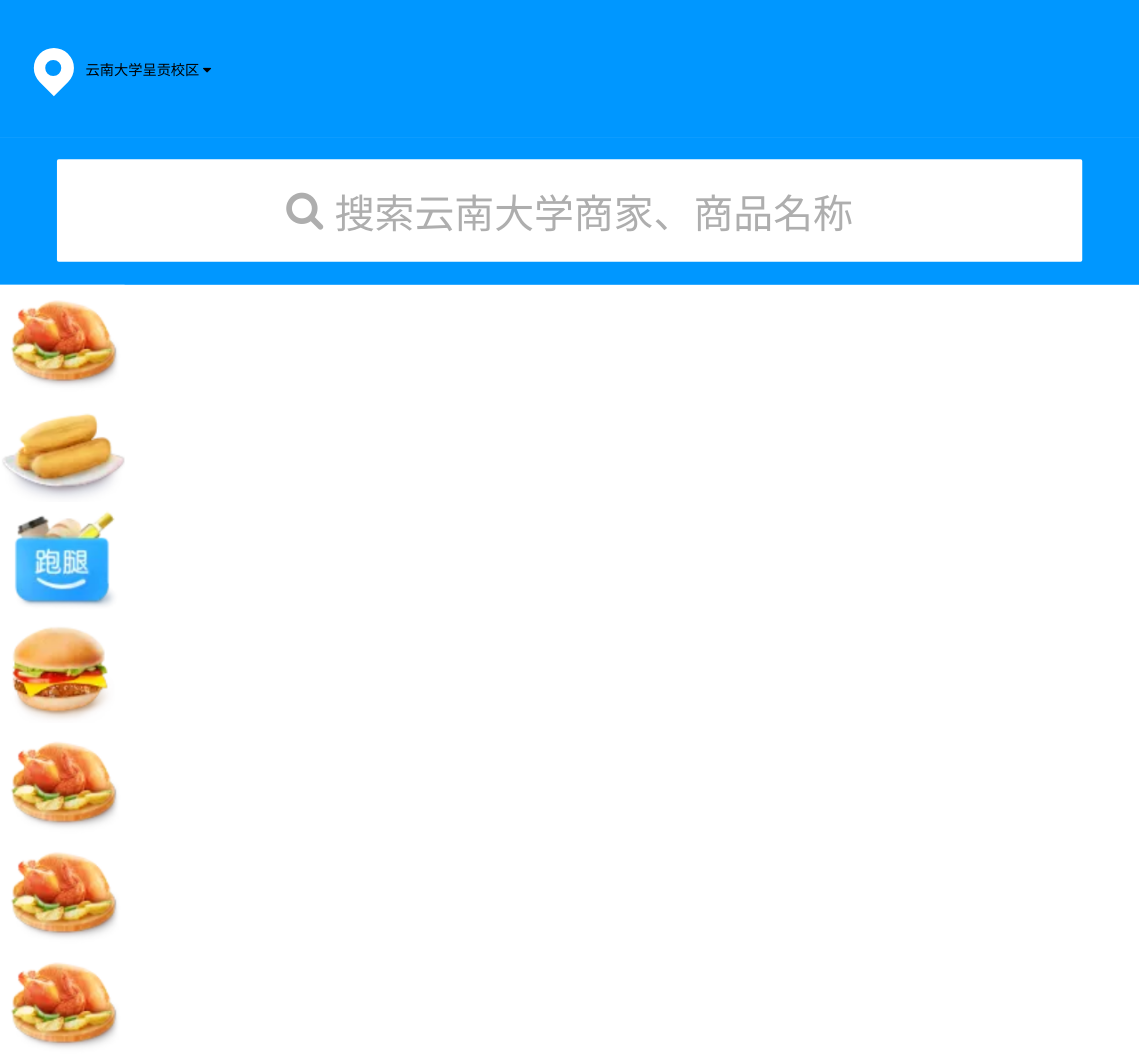
Repository: F000top/ele
Page: index.html
These files come from the project's save history. The page is drawn as it stood at one moment and after a run of saves; the edit follows.
The browser window is 1280 px wide. The pictures show the whole page, at 89% of full size.

Above is the page before, as saved 2022-06-07 21:25:25.

### index.html
<!DOCTYPE html>
<html lang="en">
<head>
    <meta charset="UTF-8">
    <!-- 移动端网页必备 -->
    <meta name="viewport" content="width=device-width,initial-scale=1">
    <!-- 导入一些库文件 -->
    <link href="framework/font-awesome/css/font-awesome.min.css" rel="stylesheet">
    <link href="framework/reset.css" rel="stylesheet">
    <link href="framework/icon.css" rel="stylesheet">
    <link href="css/index.css" rel="stylesheet">


    <meta http-equiv="X-UA-Compatible" content="IE=edge">
    <meta name="viewport" content="width=device-width, initial-scale=1.0">
    <title>云南大学校园外卖平台</title>
</head>
<body>
    <!-- 总容器 ，wrapper是包装器的意思-->
    <div class="wrapper">

        <!-- header部分 -->
        <header>
            <div class="icon-location-box">

                <div class="icon-location"></div>
            </div>

            <div>云南大学呈贡校区 <i class="fa fa-caret-down"></i></div>
        </header>

        <!-- search部分 -->
			<!--
			    搜索框部分（此块与search-fixed-top块宽度高度一致，用于当
				search-fixed-top块固定后，挡住下面块不要窜上去）
			-->
			<div class="search">
				<!-- 当滚动条超过上面的定位块时，search-fixed-top块变成固定在顶部。 -->
				<div class="search-fixed-top" id="fixedBox">
					<!-- 搜索框部分中间的白框 -->
					<div class="search-box">
						<i class="fa fa-search"></i>搜索云南大学商家、商品名称
					</div>
				</div>
			</div>

            <!-- 点餐分类部分 -->

             <ul class="foodtype">
               <li>
                   <img src="img/dcfl01.png">
                   <p></p>
               </li>

               <li>
                <img src="img/dcfl02.png">
                <p></p>
            </li>

            <li>
                <img src="img/dcfl03.png">
                <p></p>
            </li>
            <li>
                <img src="img/dcfl04.png">
                <p></p>
            </li>
            <li>
                <img src="img/dcfl01.png">
                <p></p>
            </li>
            <li>
                <img src="img/dcfl01.png">
                <p></p>
            </li>
            <li>
                <img src="img/dcfl01.png">
                <p></p>
            </li>


             </ul>










    </div>
</body>
</html>

### framework/reset.css
/***************** CSS重置 *******************/
/* 开发自己想要的东西 */
html,body,div,span,h1,h2,h3,h4,h5,h6,ul,ol,li,p{
	margin: 0;
	padding: 0;
}

html,body{
	width: 100%;
	height: 100%;
	font-family: "幼圆";

}

ul,ol{
	list-style: none;

}

/* 标签 */
a{
	text-decoration: none;
}

### framework/icon.css
/**
 * location 定位小图标
 * 说明：使用div标签，加上icon-location类样式即可。
 *       但需要放置在一个容器中，调整容器大小，图标能自适应容器大小。
 * 示例：
 * <div class="icon-location-box">
 *     <div class="icon-location"></div>
 * </div>
 */
.icon-location {
	position: relative;
	width: 100%;
	height: 100%;
	border-radius: 50% 50% 50% 0;
	background: #fff;
	transform: rotate(-45deg);
}
.icon-location:after {
	content: '';
	width: 40%;
	height: 40%;
	margin: 30% 0 0 29%;
	background-color: #0097FF;
	position: absolute;
	border-radius: 50%;
}

### css/index.css
/* 总容器 */
.wrapper{
    width: 100%;
    height: 100%;
}
/* vw就是当前屏幕宽度的1% */
/* 头部header */
.wrapper header{
    width: 100%;
    height: 12vw;
    background-color: #0097ff;

    display: flex;
    align-items: center;
}

.wrapper header .icon-location-box{
    width: 3.5vw;
    height: 3.5vw;
    margin: 0 1vw 0 3vw;
}

.wrapper head.location-text{
    font-size: 4.5vw;
    font-weight: 700;
    color: rgba(24, 216, 168, 0.13);
}

.wrapper header .location-text.fa-caret-down{
    margin: left 1vw; ;
}


/* search部分 */

/****************** search ******************/
.wrapper .search{
	width: 100%;
	height: 13vw;
}
.wrapper .search .search-fixed-top{
	width: 100%;
	height: 13vw;
	background-color: #0097FF;
	display: flex;
	justify-content: center;
	align-items: center;
}
.wrapper .search .search-fixed-top .search-box{
	width: 90%;
	height: 9vw;
	background-color: #fff;
	border-radius: 2px;

	display: flex;
	justify-content: center;
	align-items: center;

	font-size: 3.5vw;
	color: #AEAEAE;
	font-family: "宋体";
	/*此样式是让文本选中状态无效*/
	user-select: none;
}
.wrapper .search .search-fixed-top .search-box .fa-search{
	margin-right: 1vw;
}

Loaded but not shown: framework/font-awesome/css/font-awesome.min.css (library)

After the next 3 saves:
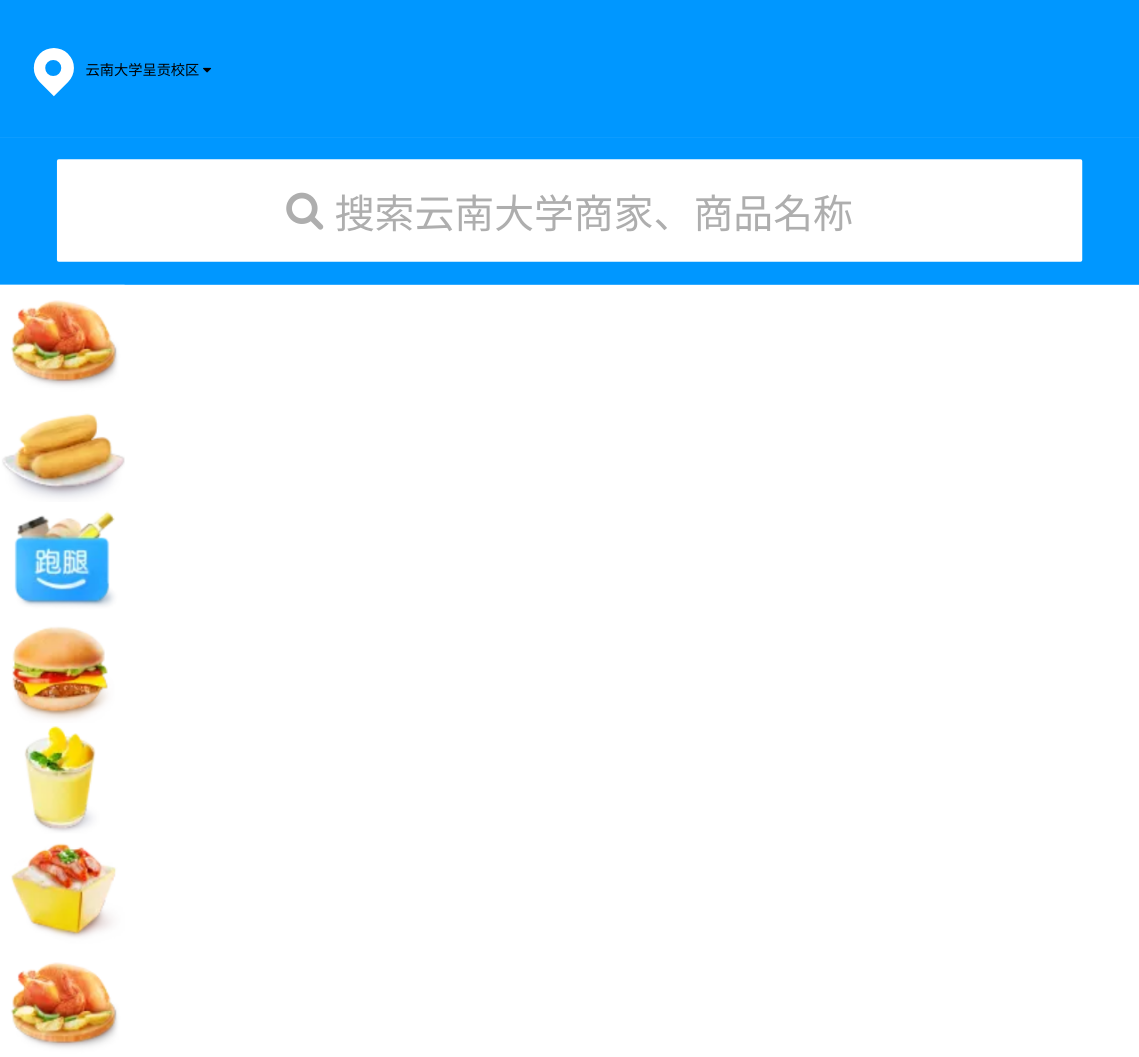
The 3 saves are shown as one change because they came seconds apart.
The last was saved 9 s later.
--- a/index.html
+++ b/index.html
@@ -66,11 +66,11 @@
                 <p></p>
             </li>
             <li>
-                <img src="img/dcfl01.png">
+                <img src="img/dcfl05.png">
                 <p></p>
             </li>
             <li>
-                <img src="img/dcfl01.png">
+                <img src="img/dcfl06.png">
                 <p></p>
             </li>
             <li>
